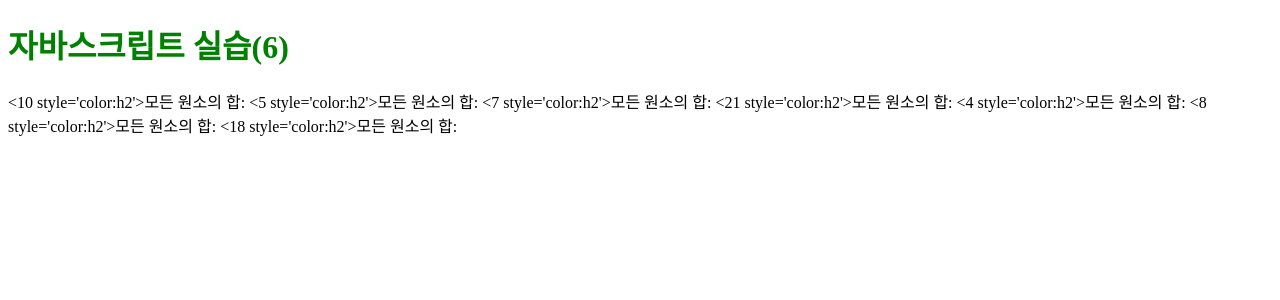
Repository: jhsnex123/web_study
Page: edu/src/main/webapp/jsexam/exercise6.html
An editor plug-in stored every save of this project. The page is shown before and after the next save, followed by the edit.
The browser window is 1280 px wide. The pictures show the whole page.

Above is the page before, as saved 2024-09-23 06:17:38.

### edu/src/main/webapp/jsexam/exercise6.html
<!DOCTYPE html>
<html>
<head>
<meta charset="UTF-8">
<title>Insert title here</title>
</head>
<body>
	<!-- [ 실습 2 ]

소스명 : exercise6.html
다음에서 제시된 기능들을 자바스크립트로 구현하시오.

(1) util.js 에 정의된 함수를 사용은 선택이다.

(2) 웹 페이지의 제목을 <h1> 태그와 함께 "자바스크립트 실습(6)" 이라고 원하는 칼라로 출력한다.

(3) 다음에 제시된 함수들을 구현한다.(for each 문 사용)

	getMaxValue()
	getMinValue()
	getSum()
	getCountOddNum()
	getCountEvenNum()

(4) 다음 값들을 저장하여 배열을 생성한다.

   	10, 5, 7,21, 4, 8, 18

(5) 배열을 아규먼트로 전달하면서 getSum() 을 호출하고 리턴 결과를 <h2> 태그와 함께 출력한다.

      모든 원소의 합 : XX

(6) 최대값과 최소값, 짝수의 갯수 그리고 홀수의 갯수를 각각의 함수를 호출하여 리턴받아 순서없는
     리스트 형식(<ul>)으로 출력한다.

    - 최대값 : XX
    - 최소값 : XX
    - 짝수의 갯수 : XX
    - 홀수의 갯수 : XX

(7) <h1> 태그의 텍스트는 파란색으로, <h2> 태그의 텍스트는 빨간색으로 출력한다.
     또한 순서없는 리스트의 블렛을 서클로 처리한다. -->

	<script src="util.js"></script>
	<script>
	 writeColor('자바스크립트 실습(6)', 'h1', 'green');
	 function getMaxValue(){
	 }
	 function getMinValue(){
	 }
	 function getSum(){
	 }
	 function getCountOddNum(){
	 }
	 function getCountEvenNum(){
	 }

	 var ary = [10, 5, 7, 21, 4, 8, 18];
		for(let i in ary) // foreach
			writeColor('모든 원소의 합: ',ary[i], "h2", "red");






     </script>
</body>
</html>

### edu/src/main/webapp/jsexam/util.js
function write(content, tag) {
	document.write("<"+tag+">"+content+"</"+tag+">");
}
function hr() {
	document.write("<hr>");
}
function writeColor(content, tag, color) {
	document.write("<"+tag+" style='color:"+color+"'>"+
			  content+"</"+tag+">");
}
function writeNewLine(content) {
	document.write(content+"<br>");
}

After the next save:
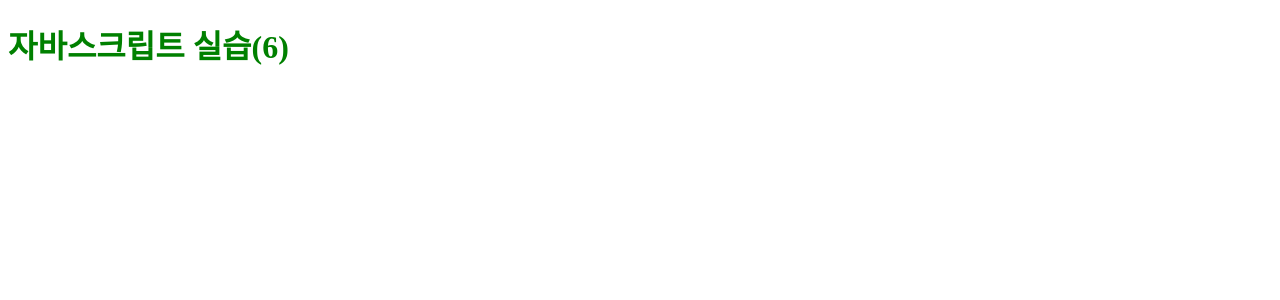
Saved 31 min 47 s later.
--- a/edu/src/main/webapp/jsexam/exercise6.html
+++ b/edu/src/main/webapp/jsexam/exercise6.html
@@ -44,20 +44,53 @@
 	<script src="util.js"></script>
 	<script>
 	 writeColor('자바스크립트 실습(6)', 'h1', 'green');
-	 function getMaxValue(){
+
+	 function getMaxValue(ary){
+		 var max = ary[0];
+		ary.forEach(function(num){
+			if(num>max){
+				max=num;
+			}
+		});
+		return max;
 	 }
-	 function getMinValue(){
+	 function getMinValue(ary){
+		 var min = ary[0];
+		 ary.forEach(function(num){
+			 if(min>num){
+				 mim=num;
+			 }
+		 });
+		 return min;
 	 }
-	 function getSum(){
+
+	 function getSum(ary){
+		var sum = 0;
+		ary.forEach(function(num){
+			sum = sum+num;
+		});
+		return sum;
 	 }
-	 function getCountOddNum(){
+	 function getCountOddNum(ary){
+		 var count = 0;
+		 ary.forEach(function(num){
+			if(num % 2 === 1){
+				count = count+1;
+			}
+	 });
+		 return count;
 	 }
-	 function getCountEvenNum(){
+	 function getCountEvenNum(ary){
+		 var count = 0;
+		 ary.forEach(function(num){
+			if(num % 2 === 0){
+				count = count+1;
+			}
+	 });
+		 return count;
 	 }
 
 	 var ary = [10, 5, 7, 21, 4, 8, 18];
-		for(let i in ary) // foreach
-			writeColor('모든 원소의 합: ',ary[i], "h2", "red");
 
 
 
